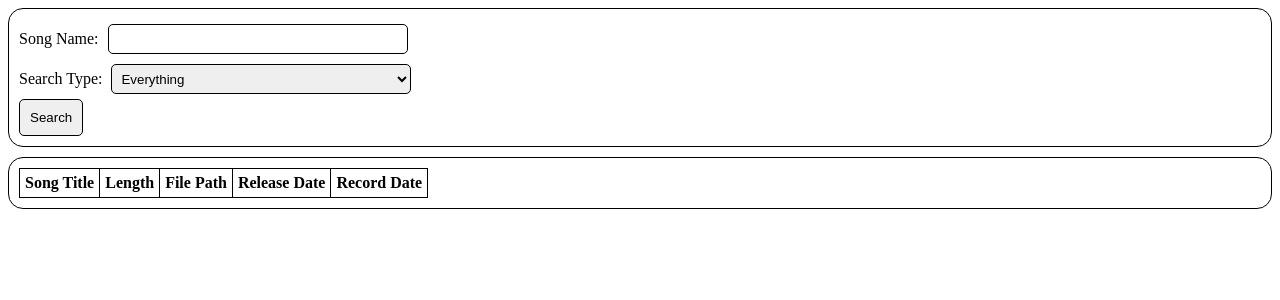
Repository: jasonfic/jmf194_INFSCI1017
Page: jmf194_FinalProject/WebContent/song.html
The author's editor kept a copy of each file at every save. The page is drawn from the files as they stood at one save, then again after the next save.
The browser window is 1280 px wide. The pictures show the whole page.

Above is the page before, as saved 2019-04-14 04:37:29.

After the next save:
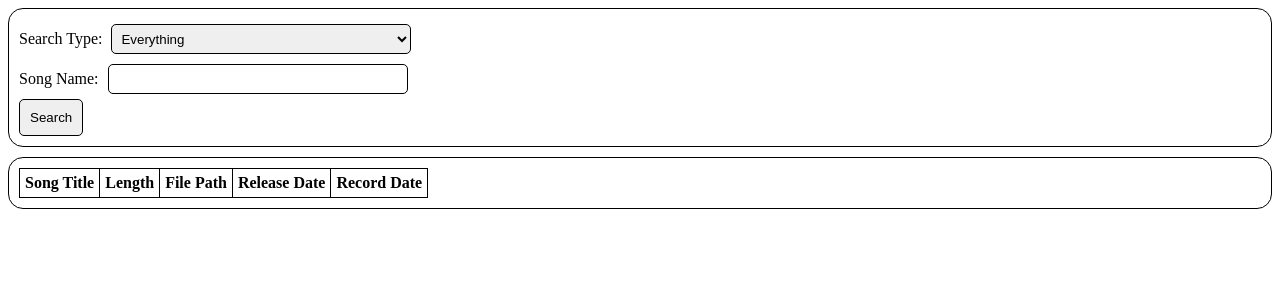
Saved 2 min 0 s later.
--- a/jmf194_FinalProject/WebContent/song.html
+++ b/jmf194_FinalProject/WebContent/song.html
@@ -9,9 +9,6 @@
 <body>
 <div id="songSearch" class="table">
 	<div>
-		Song Name: <input type="text" id="title" name="title" value="" class="textField" />
-	</div>
-	<div>
 		Search Type:
 		<select name="searchType" id="searchType" class="textField">
 			<option value="">Everything</option>
@@ -20,6 +17,9 @@
 			<option value="ends">Ends</option>
 			<option value="contains">Contains</option>
 		</select>
+	</div>
+	<div>
+		Song Name: <input type="text" id="title" name="title" value="" class="textField" />
 	</div>
 	<div>
 		<input type="button" id="btnSearch" name="btnSubmit" value="Search" />
@@ -48,7 +48,7 @@
 		$("#title").keyup(function () {
 			var keyPressed = $("#title").val();
 			if (keyPressed.length > 2) {
-				search("begins");
+				search();
 			}
 			else {
 				$(".dataRow").remove();
